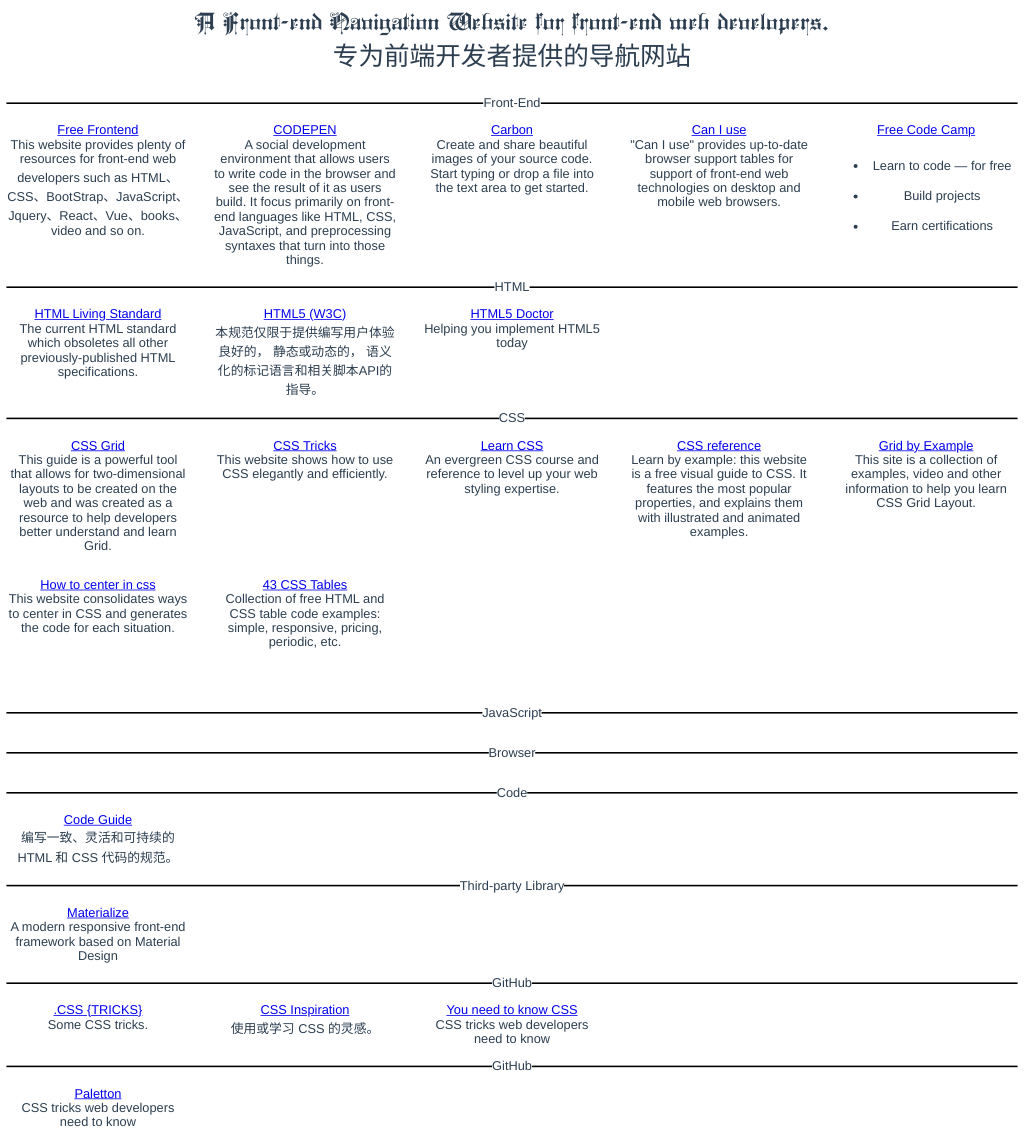
Repository: 321paranoiawhy/fenav.io
Page: /
These files come from the project's save history. The page is drawn as it stood at one moment and after the next save; the edit follows.
The browser window is 1280 px wide. The pictures show the whole page, at 80% of full size.
The project was rebuilt for these pictures with package versions that can differ from the ones it lists, and the page was loaded fresh each time. Also part of the build but not shown: vue.config.js.

Above is the page before, as saved 2022-04-06 01:23:00.

### src/views/HomeView.vue
<template>
    <div class="englishTitle">
        A Front-end Navigation Website for front-end web developers.
    </div>
    <div class="chineseTitle">专为前端开发者提供的导航网站</div>
    <!-- Front-End -->
    <p class="divider">Front-End</p>
    <div id="frontend" class="main">
        <div class="card">
            <a class="url" href="https://freefrontend.com/">Free Frontend</a>
            <div class="description">
                This website provides plenty of resources for front-end web
                developers such as
                HTML、CSS、BootStrap、JavaScript、Jquery、React、Vue、books、video
                and so on.
            </div>
        </div>
        <div class="card">
            <a class="url" href="https://codepen.io/trending">CODEPEN</a>
            <div class="description">
                A social development environment that allows users to write code
                in the browser and see the result of it as users build. It focus
                primarily on front-end languages like HTML, CSS, JavaScript, and
                preprocessing syntaxes that turn into those things.
            </div>
        </div>
        <div class="card">
            <a class="url" href="https://carbon.now.sh/">Carbon</a>
            <div class="description">
                Create and share beautiful images of your source code. Start
                typing or drop a file into the text area to get started.
            </div>
        </div>
        <div class="card">
            <a class="url" href="https://caniuse.com/">Can I use</a>
            <div class="description">
                "Can I use" provides up-to-date browser support tables for
                support of front-end web technologies on desktop and mobile web
                browsers.
            </div>
        </div>
        <div class="card">
            <a class="url" href="https://www.freecodecamp.org/"
                >Free Code Camp</a
            >
            <div class="description">
                <ul>
                    <li>Learn to code — for free</li>
                    <li>Build projects</li>
                    <li>Earn certifications</li>
                </ul>
            </div>
        </div>
    </div>
    <!-- HTML -->
    <p class="divider">HTML</p>
    <div id="HTML" class="main">
        <div class="card">
            <a class="url" href="https://html.spec.whatwg.org/"
                >HTML Living Standard</a
            >
            <div class="description">
                The current HTML standard which obsoletes all other
                previously-published HTML specifications.
            </div>
        </div>
        <div class="card">
            <a class="url" href="https://www.w3.org/html/ig/zh/wiki/HTML5"
                >HTML5 (W3C)</a
            >
            <div class="description">
                本规范仅限于提供编写用户体验良好的， 静态或动态的，
                语义化的标记语言和相关脚本API的指导。
            </div>
        </div>
        <div class="card">
            <a class="url" href="http://html5doctor.com/">HTML5 Doctor</a>
            <div class="description">Helping you implement HTML5 today</div>
        </div>
    </div>
    <!-- CSS -->
    <p class="divider">CSS</p>
    <div id="CSS" class="main">
        <div id="grid" class="card">
            <a class="url" href="https://learncssgrid.com/">CSS Grid</a>
            <div class="description">
                This guide is a powerful tool that allows for two-dimensional
                layouts to be created on the web and was created as a resource
                to help developers better understand and learn Grid.
            </div>
        </div>
        <div id="tricks" class="card">
            <a class="url" href="https://css-tricks.com/">CSS Tricks</a>
            <div class="description">
                This website shows how to use CSS elegantly and efficiently.
            </div>
        </div>
        <div id="learn" class="card">
            <a class="url" href="https://web.dev/learn/css/">Learn CSS</a>
            <div class="description">
                An evergreen CSS course and reference to level up your web
                styling expertise.
            </div>
        </div>
        <div id="reference" class="card">
            <a class="url" href="https://cssreference.io/">CSS reference</a>
            <div class="description">
                Learn by example: this website is a free visual guide to CSS. It
                features the most popular properties, and explains them with
                illustrated and animated examples.
            </div>
        </div>
        <div id="grid" class="card">
            <a class="url" href="https://gridbyexample.com/">Grid by Example</a>
            <div class="description">
                This site is a collection of examples, video and other
                information to help you learn CSS Grid Layout.
            </div>
        </div>
        <div id="center in css" class="card">
            <a class="url" href="http://howtocenterincss.com/"
                >How to center in css</a
            >
            <div class="description">
                This website consolidates ways to center in CSS and generates
                the code for each situation.
            </div>
        </div>
        <div id="table" class="card">
            <a
                class="url"
                href="https://freefrontend.com/css-tables/#pricing-tables"
                >43 CSS Tables</a
            >
            <div class="description">
                Collection of free HTML and CSS table code examples: simple,
                responsive, pricing, periodic, etc.
            </div>
        </div>
    </div>
    <!-- JavaScript -->
    <p class="divider">JavaScript</p>
    <div id="JavaScript" class="main"></div>
    <!-- Browser -->
    <p class="divider">Browser</p>
    <div id="Browser" class="main"></div>
    <!-- Code -->
    <p class="divider">Code</p>
    <div id="Code" class="main">
        <div class="card">
            <a class="url" href="https://codeguide.bootcss.com/">Code Guide</a>
            <div class="description">
                编写一致、灵活和可持续的 HTML 和 CSS 代码的规范。
            </div>
        </div>
    </div>
    <!-- Third-party Library -->
    <p class="divider">Third-party Library</p>
    <div id="Code" class="main">
        <div id="tricks" class="card">
            <a class="url" href="https://materializecss.com/">Materialize</a>
            <div class="description">
                A modern responsive front-end framework based on Material Design
            </div>
        </div>
    </div>
    <!-- GitHub -->
    <p class="divider">GitHub</p>
    <div id="GitHub" class="main">
        <div id="tricks" class="card">
            <a class="url" href="https://github.com/QiShaoXuan/css_tricks"
                >.CSS {TRICKS}</a
            >
            <div class="description">Some CSS tricks.</div>
        </div>
        <div id="Inspiration" class="card">
            <a class="url" href="https://github.com/chokcoco/CSS-Inspiration"
                >CSS Inspiration</a
            >
            <div class="description">使用或学习 CSS 的灵感。</div>
        </div>
        <div id="" class="card">
            <a
                class="url"
                href="https://github.com/l-hammer/You-need-to-know-css"
                >You need to know CSS</a
            >
            <div class="description">
                CSS tricks web developers need to know
            </div>
        </div>
    </div>
    <!-- Color -->
    <p class="divider">GitHub</p>
    <div id="Code" class="main">
        <div id="" class="card">
            <a
                class="url"
                href="https://paletton.com/#uid=1000u0kllllaFw0g0qFqFg0w0aF"
                >Paletton</a
            >
            <div class="description">
                CSS tricks web developers need to know
            </div>
        </div>
    </div>
</template>

<script>
// @ is an alias to /src
export default {
    name: "Home",
    components: {},
};
</script>

<style scoped lang="scss">
@font-face {
    font-family: KingsCross;
    src: url(/public/fonts/KingsCross.ttf);
}
@font-face {
    font-family: NotoSansSC-Regular;
    src: url(/public/fonts/NotoSansSC-Regular.otf);
}
.englishTitle {
    font-family: KingsCross;
    font-size: 32px;
}
.chineseTitle {
    font-family: NotoSanSC-Regular;
    font-size: 32px;
    margin-bottom: 30px;
}
.main {
    display: grid;
    grid-template-columns: repeat(5, 1fr);
    grid-auto-rows: 1fr;
    grid-gap: 30px;
}
// 水平分割线 中间带文字
p {
    display: flex;
}
p:before,
p:after {
    content: "";
    flex: 1 1 0;
    border-bottom: 2px solid #000;
    margin: auto;
}
// ul
ul {
  display: flex;
  flex-direction: column;
  justify-content: center;
}
ul li {
  // list-style: none;
  margin: 10px 0;
  vertical-align: middle;
}
</style>

Loaded but not shown: public/index.html (common file); src/main.js (common file); src/App.vue (common file); src/router/index.js (common file); src/store/index.js (common file)

After the next save:
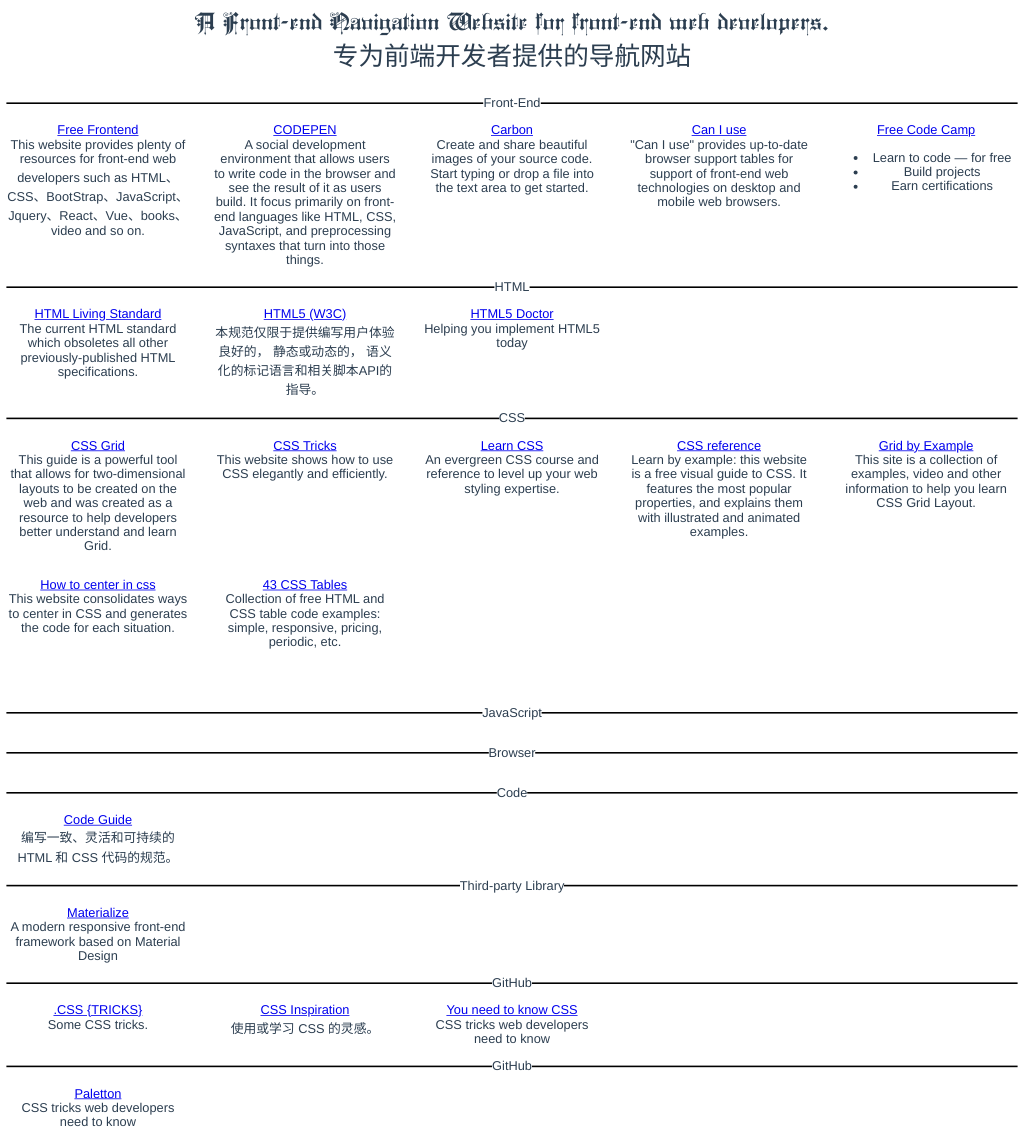
Saved 12 s later.
--- a/src/views/HomeView.vue
+++ b/src/views/HomeView.vue
@@ -257,7 +257,7 @@
 }
 ul li {
   // list-style: none;
-  margin: 10px 0;
+  // margin: 10px 0;
   vertical-align: middle;
 }
 </style>
